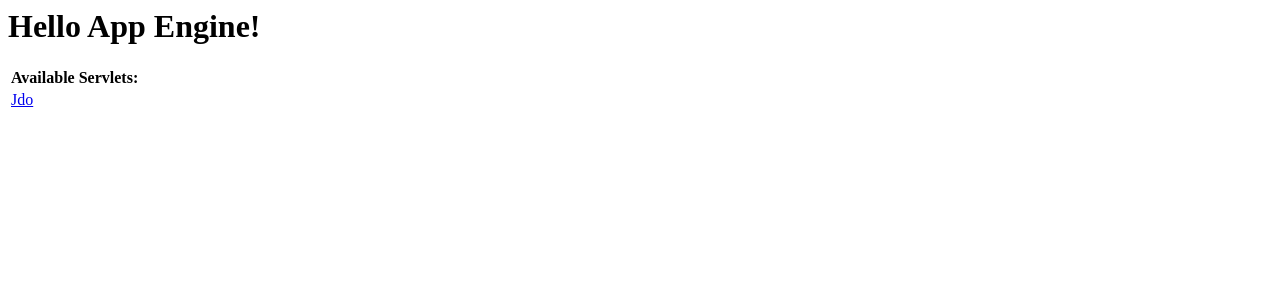
Repository: TharanyaM/Adaptavant--project
Page: Jdo/war/index.html
These files come from the project's save history. The page is drawn as it stood at one moment and after the next save; the edit follows.
The browser window is 1280 px wide. The pictures show the whole page.

Above is the page before, as saved 2015-10-13 11:20:43.

### Jdo/war/index.html
<!DOCTYPE HTML PUBLIC "-//W3C//DTD HTML 4.01 Transitional//EN">
<!-- The HTML 4.01 Transitional DOCTYPE declaration-->
<!-- above set at the top of the file will set     -->
<!-- the browser's rendering engine into           -->
<!-- "Quirks Mode". Replacing this declaration     -->
<!-- with a "Standards Mode" doctype is supported, -->
<!-- but may lead to some differences in layout.   -->

<html>
  <head>
    <meta http-equiv="content-type" content="text/html; charset=UTF-8">
    <title>Hello App Engine</title>
  </head>

  <body>
    <h1>Hello App Engine!</h1>

    <table>
      <tr>
        <td colspan="2" style="font-weight:bold;">Available Servlets:</td>
      </tr>
      <tr>
        <td><a href="jdo">Jdo</a></td>
      </tr>
    </table>
  </body>
</html>

After the next save:
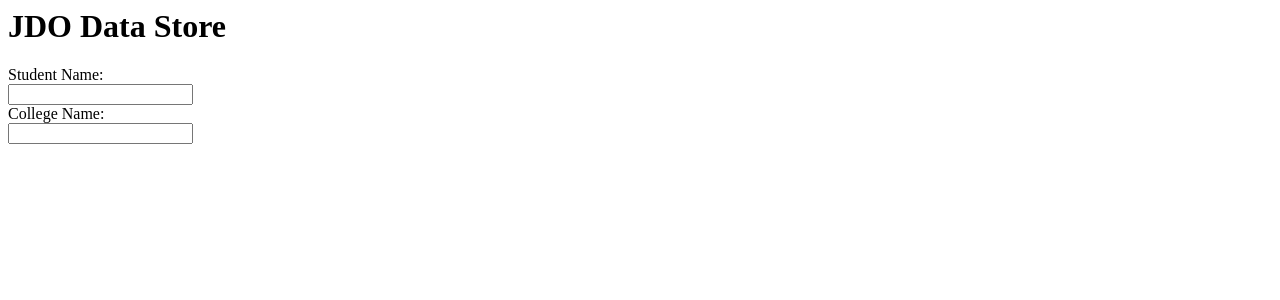
Saved 13 s later.
--- a/Jdo/war/index.html
+++ b/Jdo/war/index.html
@@ -9,19 +9,18 @@
 <html>
   <head>
     <meta http-equiv="content-type" content="text/html; charset=UTF-8">
-    <title>Hello App Engine</title>
+    <title>datastore</title>
   </head>
 
   <body>
-    <h1>Hello App Engine!</h1>
+    <h1>JDO Data Store</h1>
 
-    <table>
-      <tr>
-        <td colspan="2" style="font-weight:bold;">Available Servlets:</td>
-      </tr>
-      <tr>
-        <td><a href="jdo">Jdo</a></td>
-      </tr>
-    </table>
+    <form>
+  Student Name:<br>
+  <input type="text" name="studentname">
+  <br>
+  College Name:<br>
+  <input type="text" name="collegename">
+</form>
   </body>
 </html>
